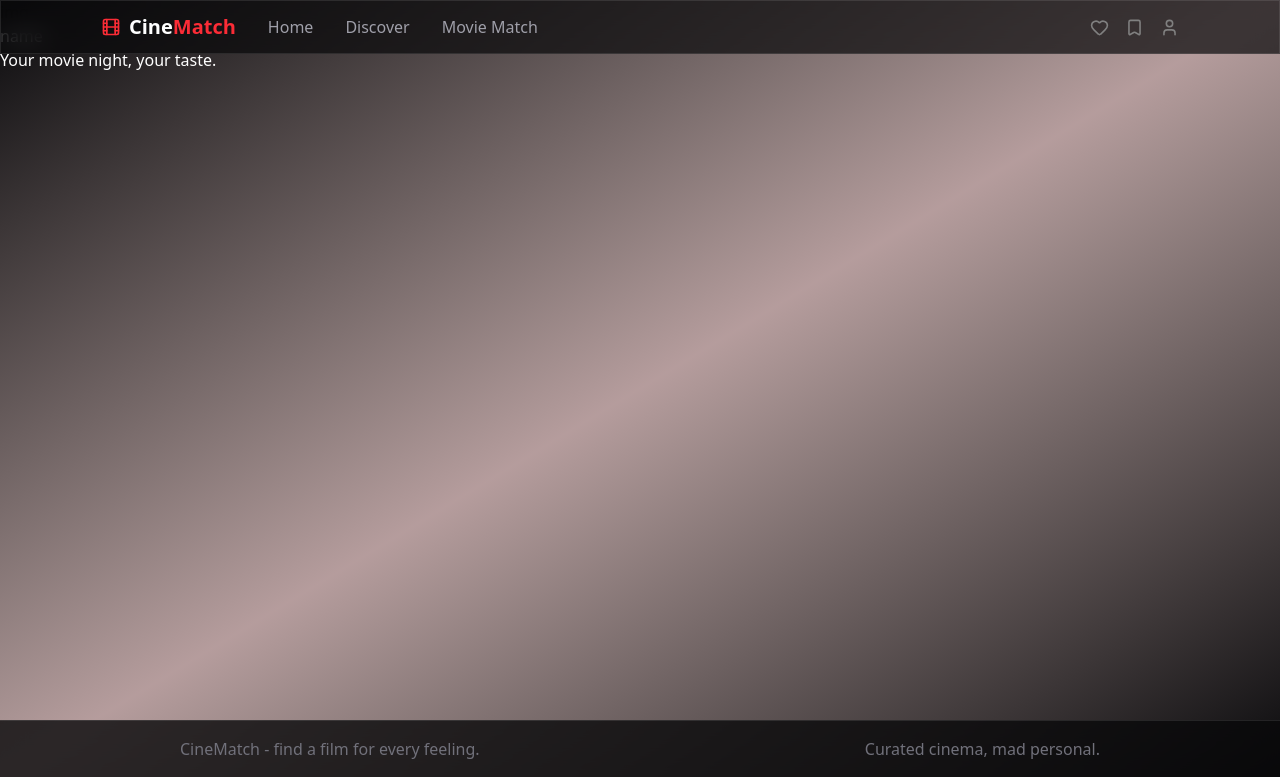
Repository: Mahak182005/CineMatch
Page: /profile
The author's editor kept a copy of each file at every save. The page is drawn from the files as they stood at one save, then again after the next save.
The browser window is 1280 px wide. The pictures show the whole page.
The project was rebuilt for these pictures with package versions that can differ from the ones it lists, and the page was loaded fresh each time. Also part of the build but not shown: vite.config.js, src/Components/Mood.jsx, src/Data/MoodData.js, src/Data/api.js, src/Components/MovieCart.jsx, src/Logic/search.js, src/pages/Home.jsx, src/Components/MovieMatchOpt.jsx and 4 more.

Above is the page before, as saved 2026-10-12 15:04:30.

After the next save:
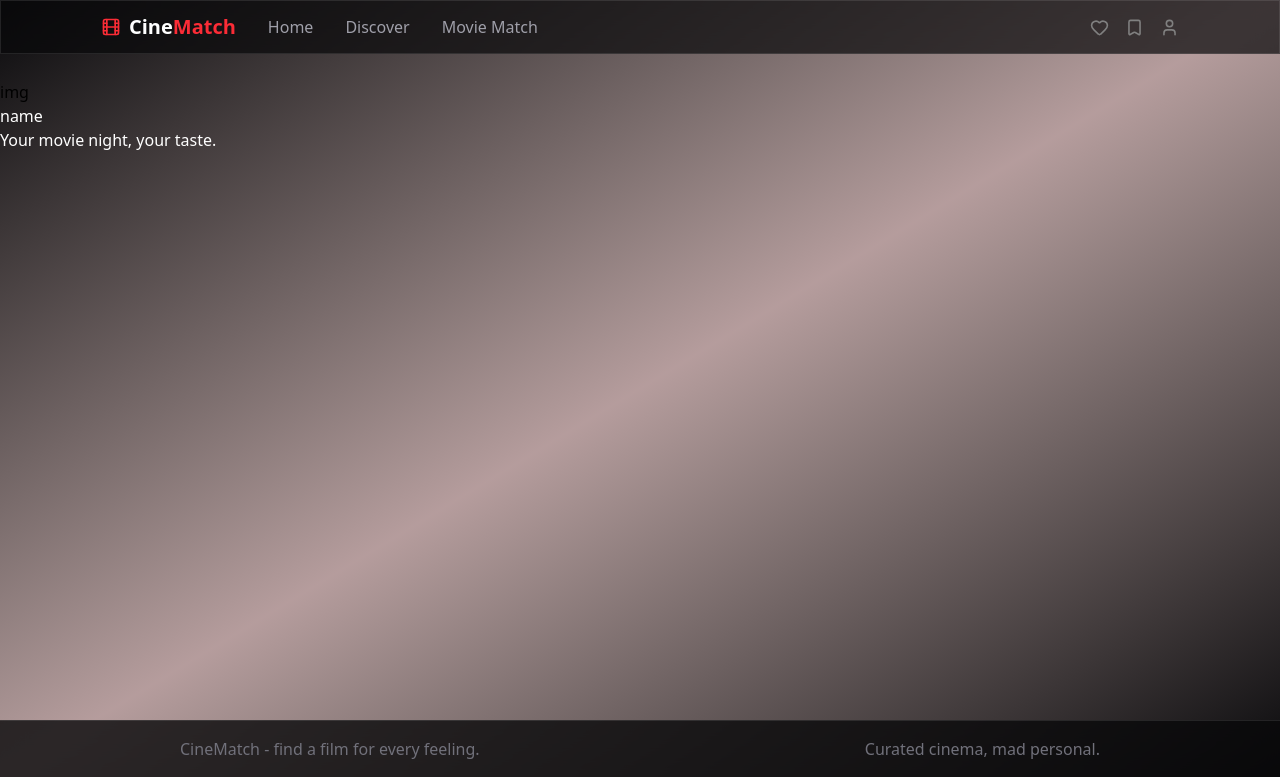
Saved 7 s later.
--- a/src/pages/Profile.jsx
+++ b/src/pages/Profile.jsx
@@ -1,7 +1,7 @@
 export function Profile(){
     return(
         <>
-            <div className="h-screen">
+            <div className="h-screen py-20">
                 <div>
                     <div>
                         img
